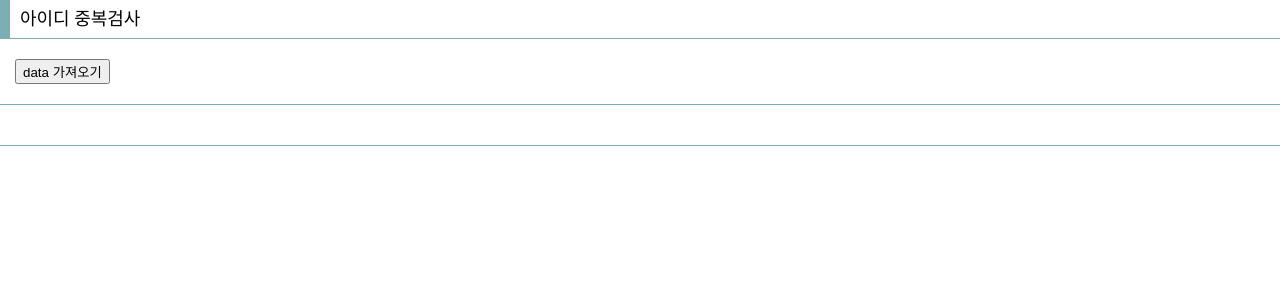
Repository: Choiinhwan11/JAVA
Page: Web/workspace/AJax_jQuery/src/main/webapp/02_xml/exam03.html
An editor plug-in stored every save of this project. The page is shown before and after the next save, followed by the edit.
The browser window is 1280 px wide. The pictures show the whole page.

Above is the page before, as saved 2024-02-16 06:35:20.

After the next save:
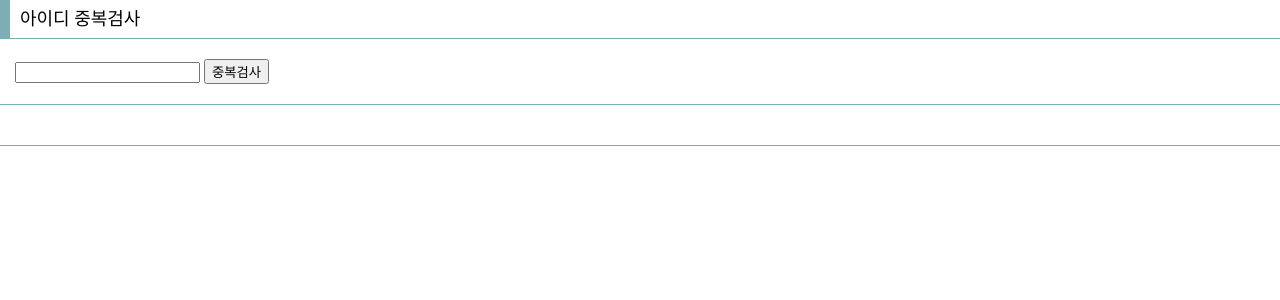
Saved 49 s later.
--- a/Web/workspace/AJax_jQuery/src/main/webapp/02_xml/exam03.html
+++ b/Web/workspace/AJax_jQuery/src/main/webapp/02_xml/exam03.html
@@ -9,8 +9,10 @@
 <body>
 	<h1 class="title">아이디 중복검사</h1>
 	<div class="exec">
-    <input type="button" value="data 가져오기" id="mybtn"/>
-  </div><div class="console" id="result"></div>
+    <input type="text" name="user_id"/>
+    <input type="button" id="check_id" value="중복검사"/>
+  </div>
+  <div class="console" id="result"></div>
 	<script src="http://code.jQuery.com/jquery-3.7.1.min.js"></script>
   <script>
     $(function(){
